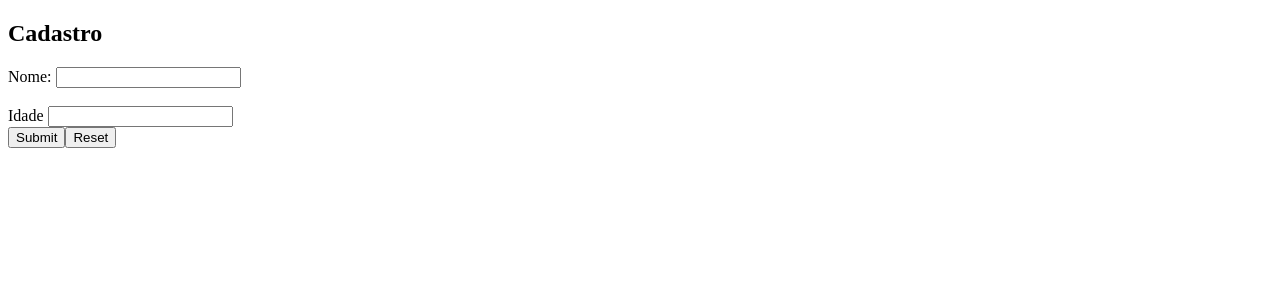
Repository: ViniciusyLima/SpringToolSuite4
Page: http://localhost/aula05/Cadastro.jsp
The author's editor kept a copy of each file at every save. The page is drawn from the files as they stood at one save, then again after the next save.
The browser window is 1280 px wide. The pictures show the whole page.
The page is served by Tomcat 9.

Above is the page before, as saved 2023-09-06 12:03:11.

### aula05/src/main/webapp/Cadastro.jsp
<%@ page language="java" contentType="text/html; charset=ISO-8859-1"
    pageEncoding="UTF-8"%>
<!DOCTYPE html>
<html>
<head>
<meta charset="UTF-8">
<title>CADASTRO</title>
</head>
<body>
<h2>Cadastro</h2>
	<form>
	<label>Nome:</label>
	<input type="text" name="nome" id="nome">
	<br><br>
	<label>Idade</label>
	<input type="text" name="idade" id="idade">
	<br>
	<input type="submit"><input type="reset">
	</form>
</body>
</html>

After the next save:
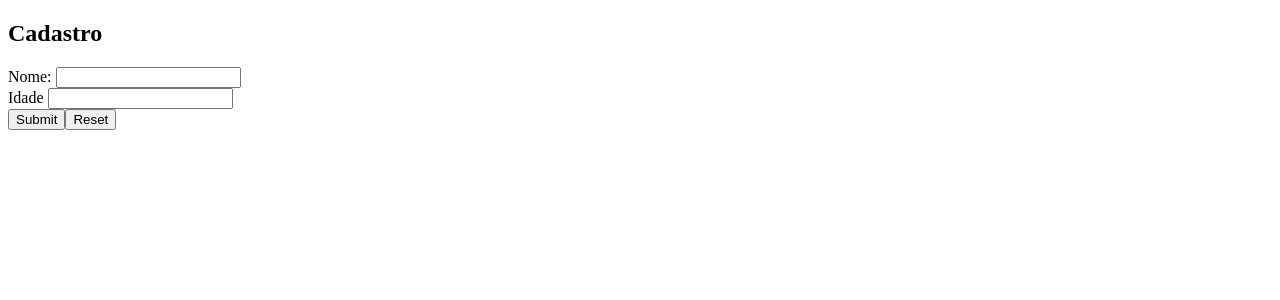
Saved 14 s later.
--- a/aula05/src/main/webapp/Cadastro.jsp
+++ b/aula05/src/main/webapp/Cadastro.jsp
@@ -11,7 +11,7 @@
 	<form>
 	<label>Nome:</label>
 	<input type="text" name="nome" id="nome">
-	<br><br>
+	<br>
 	<label>Idade</label>
 	<input type="text" name="idade" id="idade">
 	<br>
